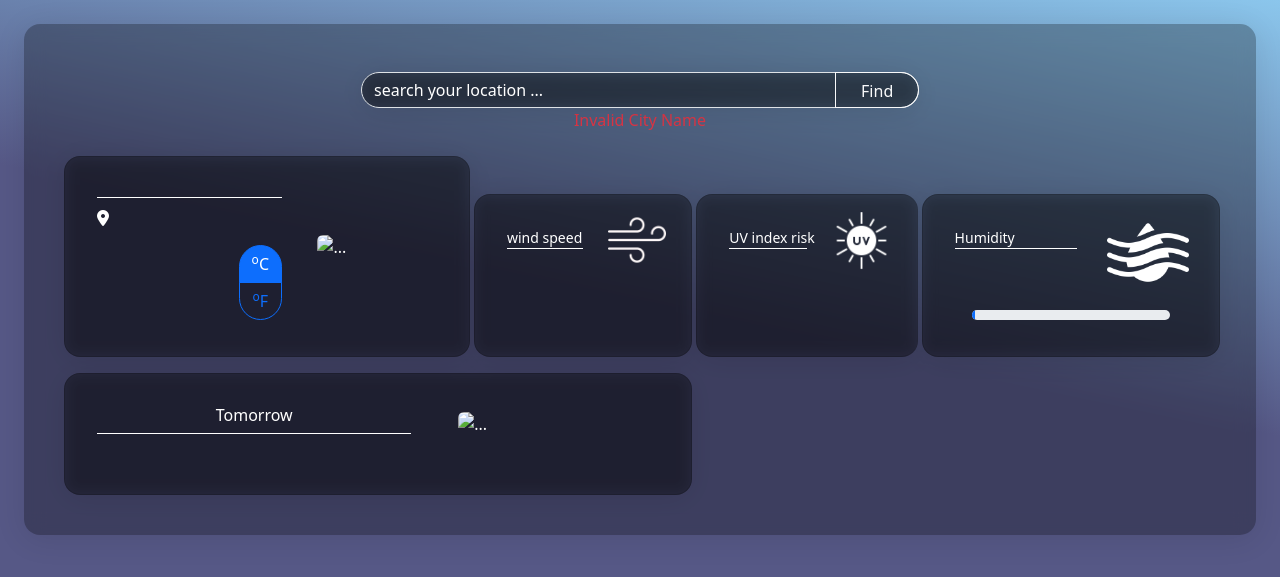
Repository: Mohamed-Farraj/weather-JS5
Page: index.html
These files come from the project's save history. The page is drawn as it stood at one moment and after the next save; the edit follows.
The browser window is 1280 px wide. The pictures show the whole page.
The page's requests for data from a server got no answer.

Above is the page before, as saved 2025-07-02 15:39:16.

After the next save:
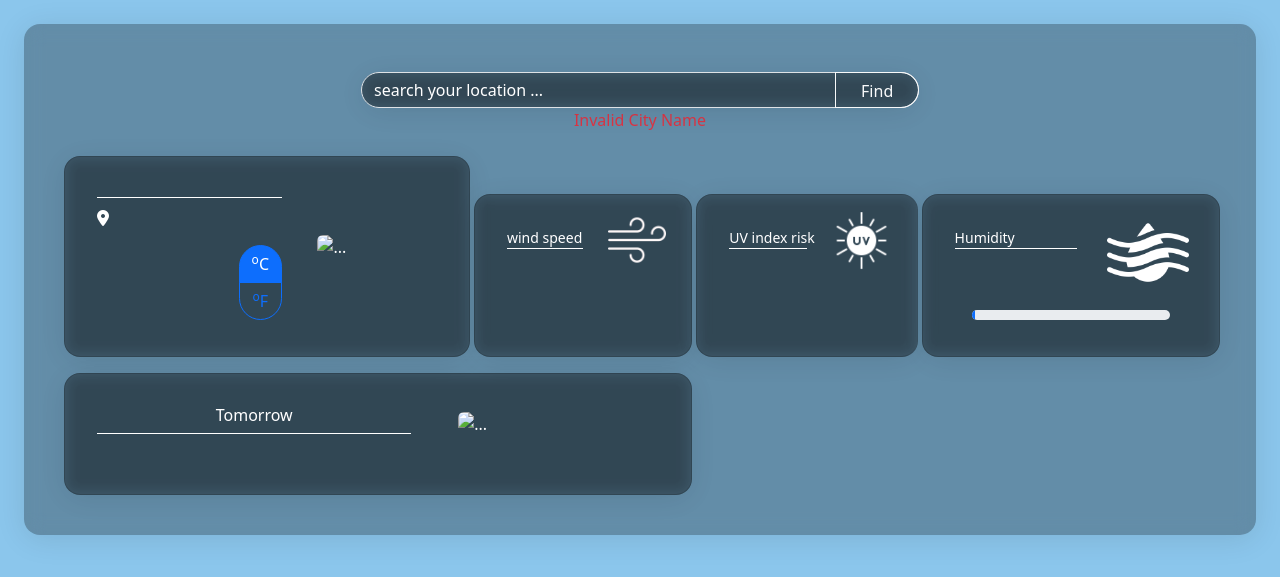
Saved 2 min 45 s later.
--- a/style/style.css
+++ b/style/style.css
@@ -4,7 +4,7 @@ body {
 }
 body {
   background-color: #8bc6ec;
-  background-image: linear-gradient(192deg, #8bc6ec 0%, #565886 44%);
+  background-image: url();
   color: white;
   transition: all 1s;
 }
